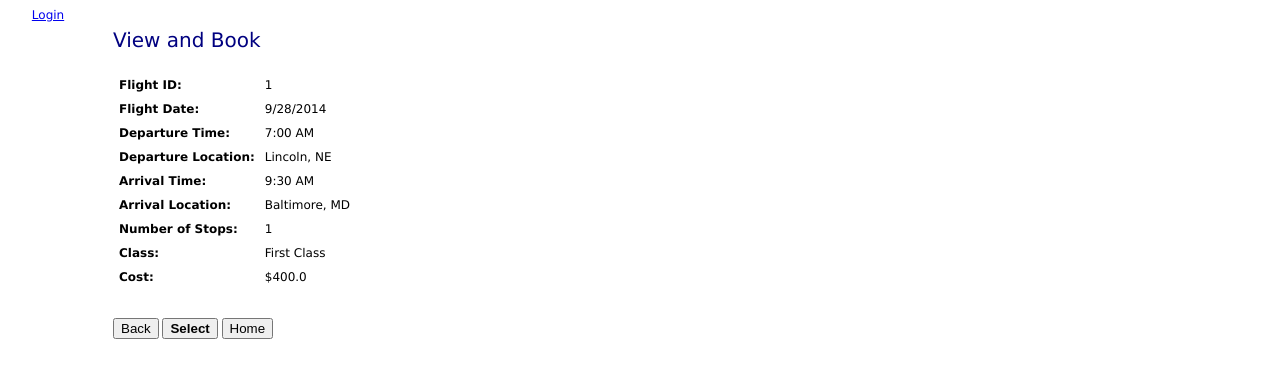
Repository: jliu9000/CSE-464---Flight-Pages
Page: http://localhost/HW1/ViewAndBook.jsp
An editor plug-in stored every save of this project. The page is shown before and after the next save, followed by the edit.
The browser window is 1280 px wide. The pictures show the whole page.
The page is served by Tomcat 9.

Above is the page before, as saved 2014-09-22 22:05:07.

After the next save:
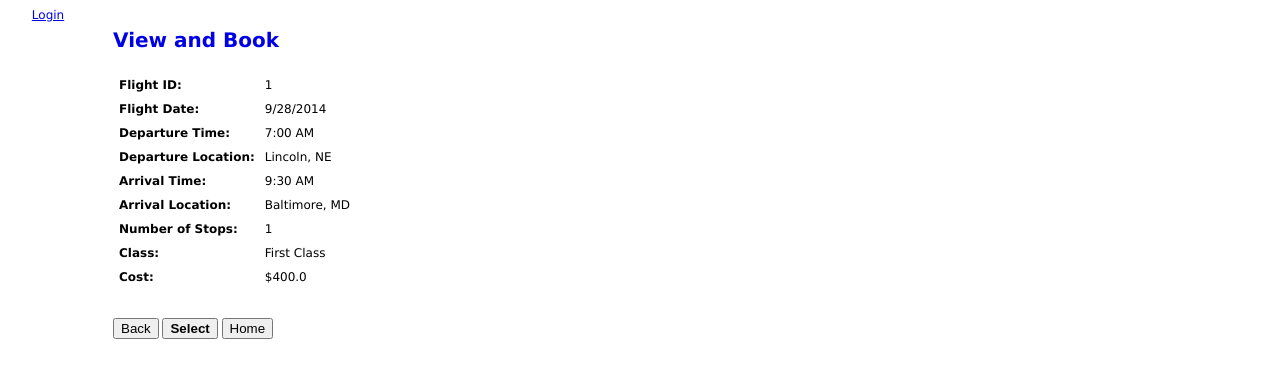
Saved 67 s later.
--- a/HW1/WebContent/CSS/FlightStyles.css
+++ b/HW1/WebContent/CSS/FlightStyles.css
@@ -23,14 +23,14 @@ p {
 
 p.PageTitle {
     font-size: 20px;
-    color: navy;
-    font-style: bold;
+    color: #0000E6;
+    font-weight: bold;
 }
 
 p.subheading {
 
-	font-size: 16px;
-	font-style:bold;
+	font-size: #5858DA;
+	font-weight:bold;
 }
 
 p.message {
